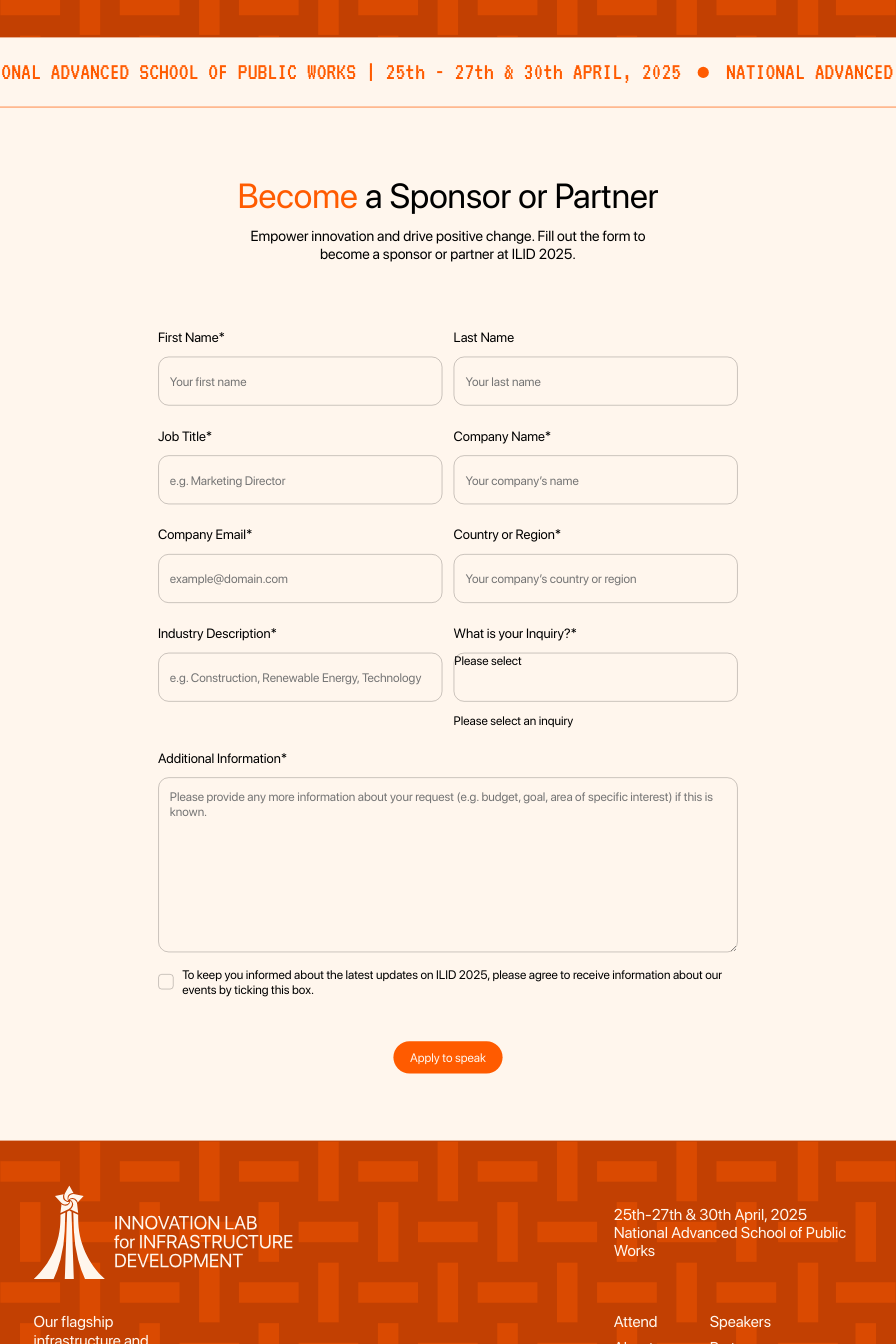
Repository: ilidevent/ilidwebsite
Page: /partners
An editor plug-in stored every save of this project. The page is shown before and after a run of saves, followed by the edit.
The browser window is 1280 px wide. The pictures show the part of the page from y = 559 to 2479 px (the page is 2795 px tall), at 70% of full size.
The project was rebuilt for these pictures with package versions that can differ from the ones it lists, and the page was loaded fresh each time. The framework's server and built-in components were replaced by stand-ins that run in the browser. Also part of the build but not shown: next.config.ts, components/ReUsables/ButtonTwo.tsx, styles/ReUsables/aboutboxwrapper.module.scss, components/ReUsables/TextEmail.tsx, styles/ReUsables/sloganbanner.module.scss, components/ReUsables/SloganBanner.tsx, styles/ReUsables/paddingtop.module.scss, components/ReUsables/PaddingTop.tsx and 43 more.

Above is the page before, as saved 2025-03-17 12:27:05.

After the next 3 saves:
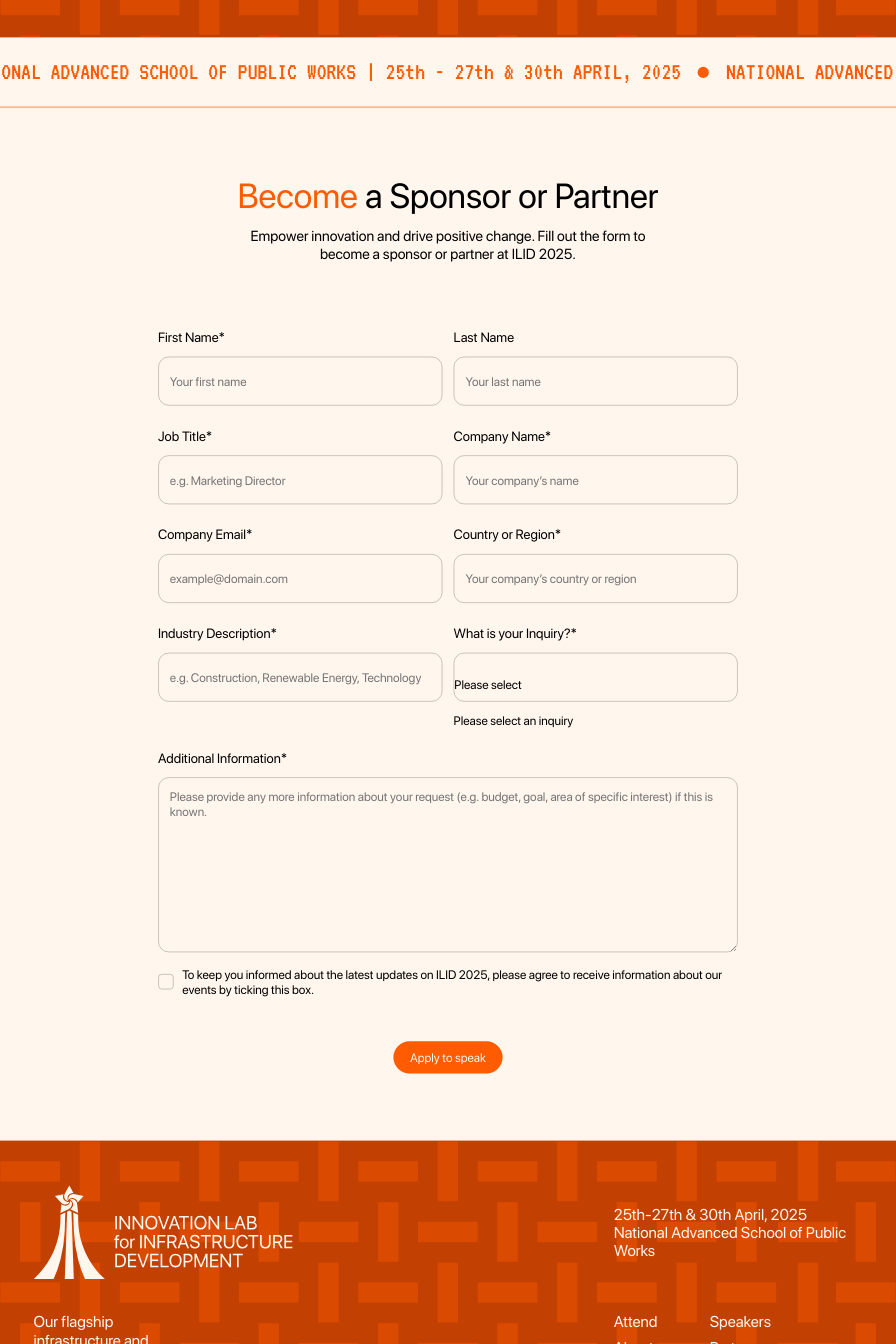
The 3 saves are shown as one change because 2 did not build or start.
The last was saved 15 s later.
--- a/styles/ReUsables/formselector.module.scss
+++ b/styles/ReUsables/formselector.module.scss
@@ -22,5 +22,6 @@
 }
 
 .selection{
-
+  position: absolute;
+  top: 50%
 }
